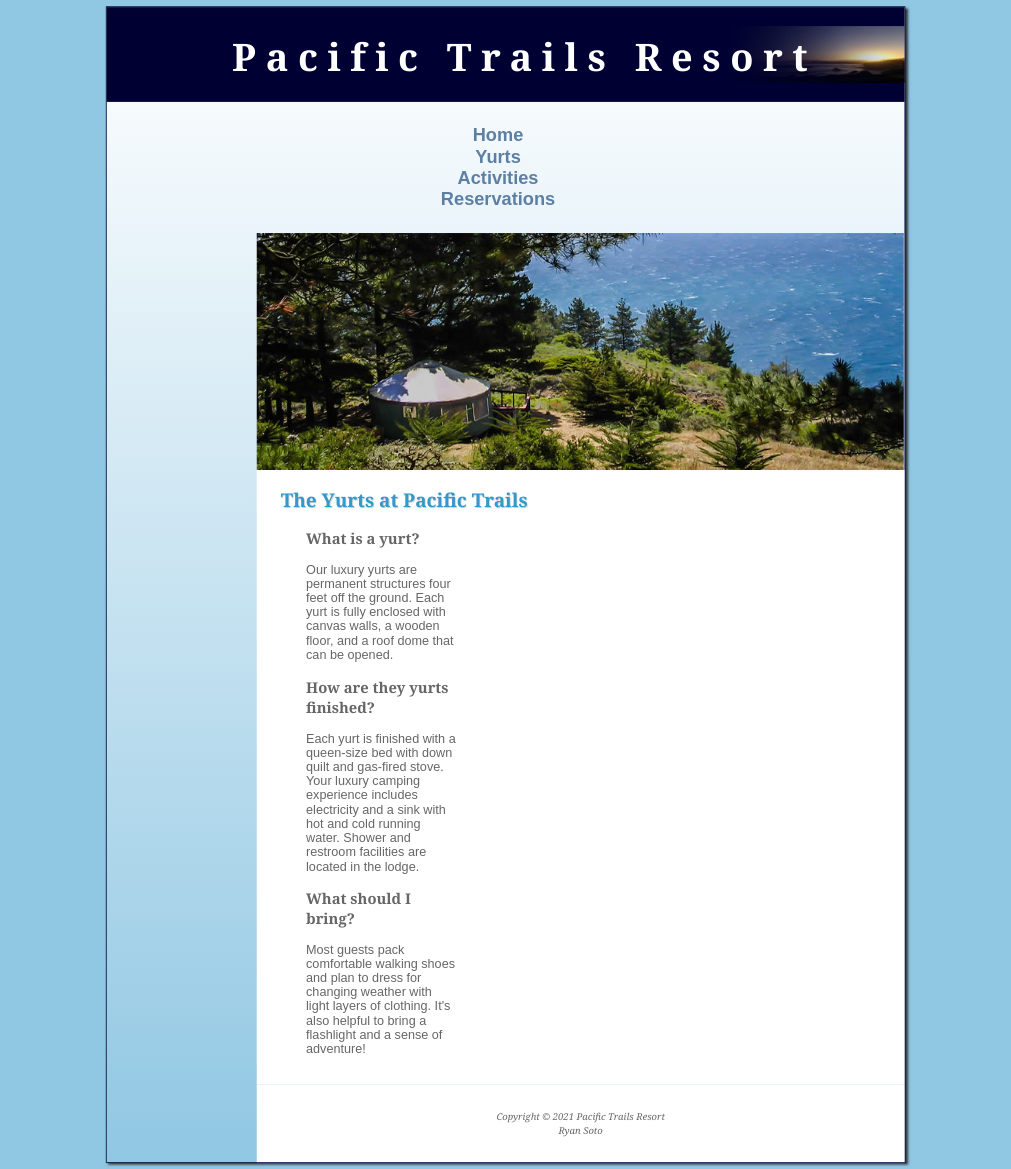
Repository: rsoto003/web-dev-152
Page: dist/assignments/chapter8/ch8pacific/yurts.html
An editor plug-in stored every save of this project. The page is shown before and after the next save, followed by the edit.
The browser window is 1280 px wide. The pictures show the whole page, at 79% of full size.
Some web libraries are served in a nearby version.

Above is the page before, as saved 2021-07-25 22:10:39.

### dist/assignments/chapter8/ch8pacific/yurts.html
<!DOCTYPE html>
<html lang="en">
<head>
    <meta charset="UTF-8">
    <meta http-equiv="X-UA-Compatible" content="IE=edge">
    <meta name="viewport" content="width=device-width, initial-scale=1.0">
    <title>Pacific Trails Resorts :: Yurts</title>
    <link rel="stylesheet" href="pacific.css">
    <script src="https://kit.fontawesome.com/1c51b803b7.js" crossorigin="anonymous"></script>
</head>
<body>
    <div id="wrapper">
        <header>
            <h1><a href="index.html">Pacific Trails Resort</a></h1>
        </header>
        <nav>
            <ul>
                <li><a href="index.html">Home</a></li>
                <li><a href="yurts.html">Yurts</a></li>
                <li><a href="activities.html">Activities</a></li>
                <li><a href="reservations.html">Reservations</a></li>
            </ul>
        </nav>
        <div id="yurthero"></div>
        <main>
            <h2>The Yurts at Pacific Trails</h2>

            <section>
                <h3>What is a yurt?</h3>
                <p>Our luxury yurts are permanent structures four feet off the ground. Each yurt is fully enclosed with canvas walls,
                    a wooden floor, and a roof dome that can be opened.
                </p>
            </section>

            <section>
                <h3>How are they yurts finished?</h3>
                <p>Each yurt is finished with a queen-size bed with down quilt and gas-fired stove. Your luxury camping experience includes
                    electricity and a sink with hot and cold running water. Shower and restroom facilities are located in the lodge.
                </p>
            </section>

            <section>
                <h3>What should I bring?</h3>
                <p>Most guests pack comfortable walking shoes and plan to dress for changing weather with light layers
                    of clothing. It's also helpful to bring a flashlight and a sense of adventure!
                </p>
            </section>
        </main>
        <footer>
            <p>Copyright &copy; 2021 Pacific Trails Resort<br>
            Ryan Soto</p>
        </footer>
    </div>
</body>
</html>

### dist/assignments/chapter8/ch8pacific/pacific.css
* {
    box-sizing: border-box;
}

body {
    background-color: #90c7e3;
    color: #666666;
    font-family: Arial, Helvetica, sans-serif;
}
#wrapper {
    background-image: linear-gradient(to bottom, #fff, #90c7e3);
    background-repeat: no-repeat;
    border: 1px solid #003; /* bd */
    box-shadow: 3px 3px 3px #333;
    margin: auto;
    min-width: 960px;
    max-width: 2048px;
    width: 80%;
}

header {
    background-color: #003; /* bgc#003 */
    color: #fff; /* c#fff */
    background-image: url("images/sunset.jpg"); /* bgi */
    background-position: right; /* bgp */
    background-repeat: no-repeat; /* bgr:n */
    height: 120px; /* h120*/
    padding-top: 30px; /*pt30*/
    padding-left: 3em; /* pl3em */
    text-align: center; /*tac*/
}
header a {
    text-decoration: none; /* tdn */
    color: #fff;
}
header a:link {
    color: #fff; /* c#fff */
}
header a:vistied {
    color: #fff; /* c#fff */
}
header a:hover {
    color: #90c7e9; /* c#90c7e9 */
}
nav {
    /* background-color: #FFF; */
    /* float: left; fl */
    font-size: 120%; /* fz120% */
    font-weight: bold;
    padding: 1.5em 1.5em 1.5em .5em;
    /* width: 160px; w160 */
    text-align: center;
}

nav ul {
    list-style-type: none; /* listn */
    margin: 0; /* m0 */
    padding-left: 0; /* pl0 */
    font-size: 1.2em; /* fz1.2em */
}
nav a {
    text-decoration: none; /* tdn */
    font-weight: bold; /* fwb */
    padding: 10px; /* p10 */
}
nav a:link {
    color: #5c7fa3; /* c#5c75a3*/
}
nav a:visited {
    color: #344873; /* c#344873 */
}
nav a:hover {
    color: #a42A2a; /* c#a42A2a */
}

main {
    background-color: #fff; /* bgc#fff */
    margin-left: 190px; /* ml190 */
    padding: 1px 20px 20px 30px; /* p1-20-20-30 */
    overflow: auto; /* oa */
}

section {
    /* float: left; fl */
    padding: 0 2em; /* p0-2em */
    width: 33%; /* w33% */
}

h1, h2, h3, footer {
    font-family: Georgia, "Times New Roman", serif;
}
h1 {
    font-size: 3em; /* fz3em */
    letter-spacing: 0.25em; /* lts.25em */
    margin-bottom: 0;
    margin-top: 0;
}
h2 {
    color: #39c;
    text-shadow: 1px 1px 1px #ccc;
}
ul {
    /* list-style-image: url("images/marker.gif"); */
    list-style-position: inside;
}

dt {
    color: #003;
}
footer {
    background-color: #fff; /* bgc#fff */
    font-size: 75%;
    margin-left: 190px; /* ml190 */
    text-align: center;
    font-style: italic;
    padding: 20px;
}
.resort {
    color: #5c7fa3;
    font-weight: bold;
}

#contact {
    font-size: 90%;
}

#homehero {
    height: 300px;
    background-image: url('./images/coast2.jpg');
    background-size: 100% 100%;
    background-repeat: no-repeat;
    margin-left: 190px; /* ml190 */
}

#yurthero {
    height: 300px;
    background-image: url('./images/yurt.jpg');
    background-size: 100% 100%;
    background-repeat: no-repeat;
    margin-left: 190px; /* ml190 */
}

#trailhero {
    height: 300px;
    background-image: url('./images/trail.jpg');
    background-size: 100% 100%;
    background-repeat: no-repeat;
    margin-left: 190px; /* ml190 */
}

After the next save:
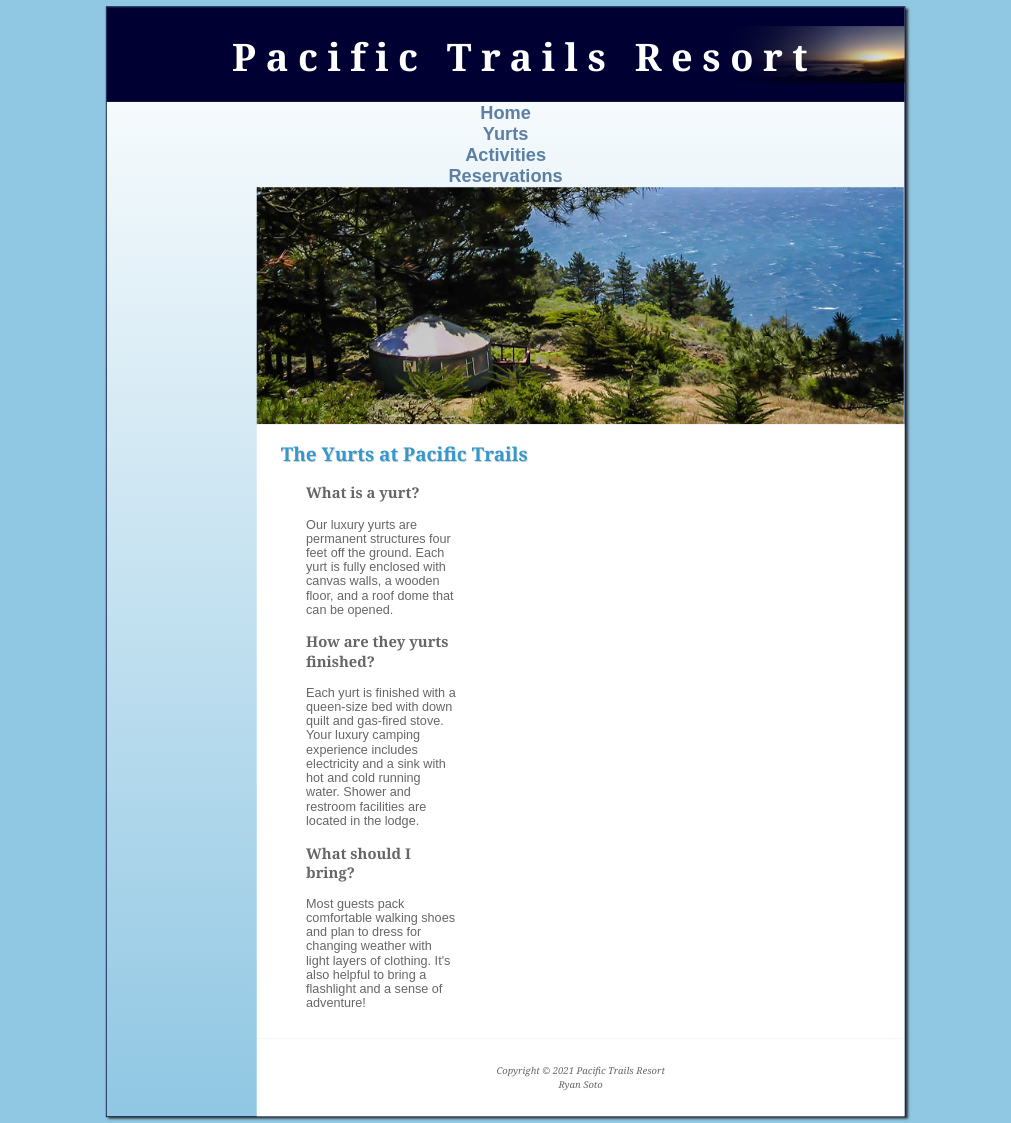
Saved 28 s later.
--- a/dist/assignments/chapter8/ch8pacific/pacific.css
+++ b/dist/assignments/chapter8/ch8pacific/pacific.css
@@ -47,7 +47,7 @@ nav {
     /* float: left; fl */
     font-size: 120%; /* fz120% */
     font-weight: bold;
-    padding: 1.5em 1.5em 1.5em .5em;
+    padding: 0;
     /* width: 160px; w160 */
     text-align: center;
 }
